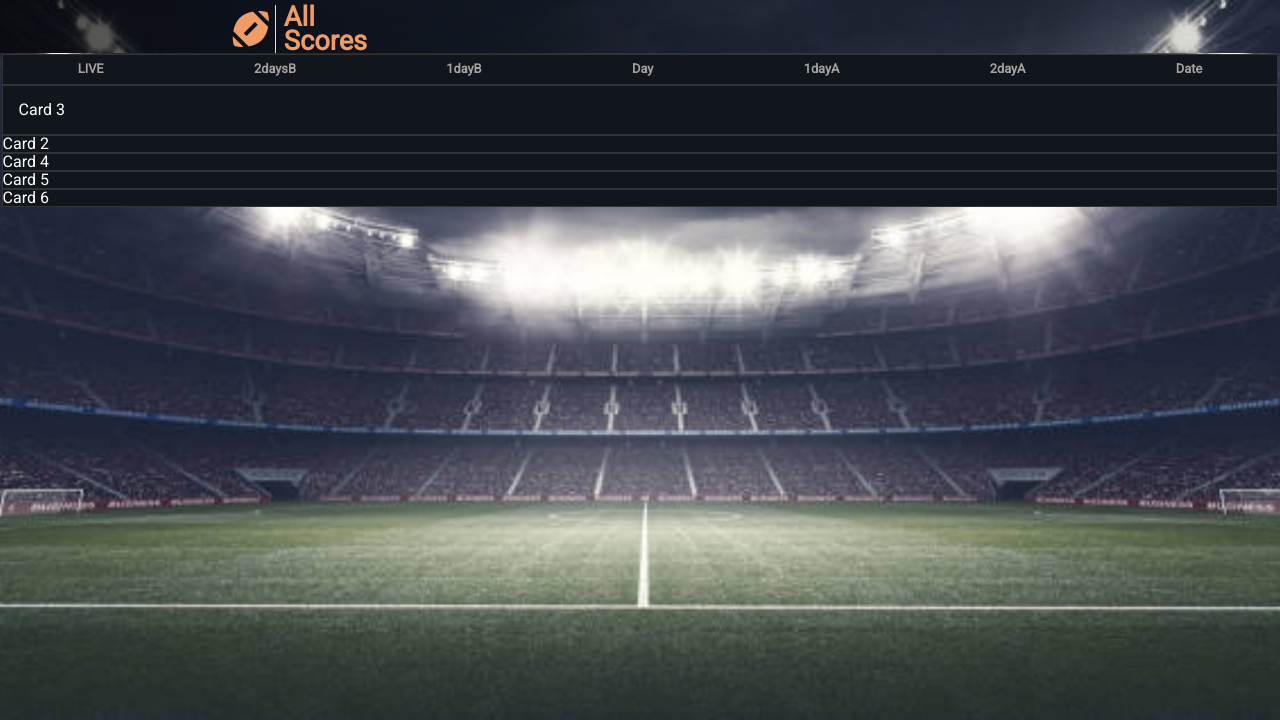
Repository: boomshakar/AllScores
Page: index.html
The author's editor kept a copy of each file at every save. The page is drawn from the files as they stood at one save, then again after the next save.
The browser window is 1280 px wide. The pictures show the whole page.
The style sheet was rebuilt from its Sass, Less or Tailwind sources for each picture, by a compiler version that may differ from the author's.

Above is the page before, as saved 2021-03-30 02:37:11.

After the next save:
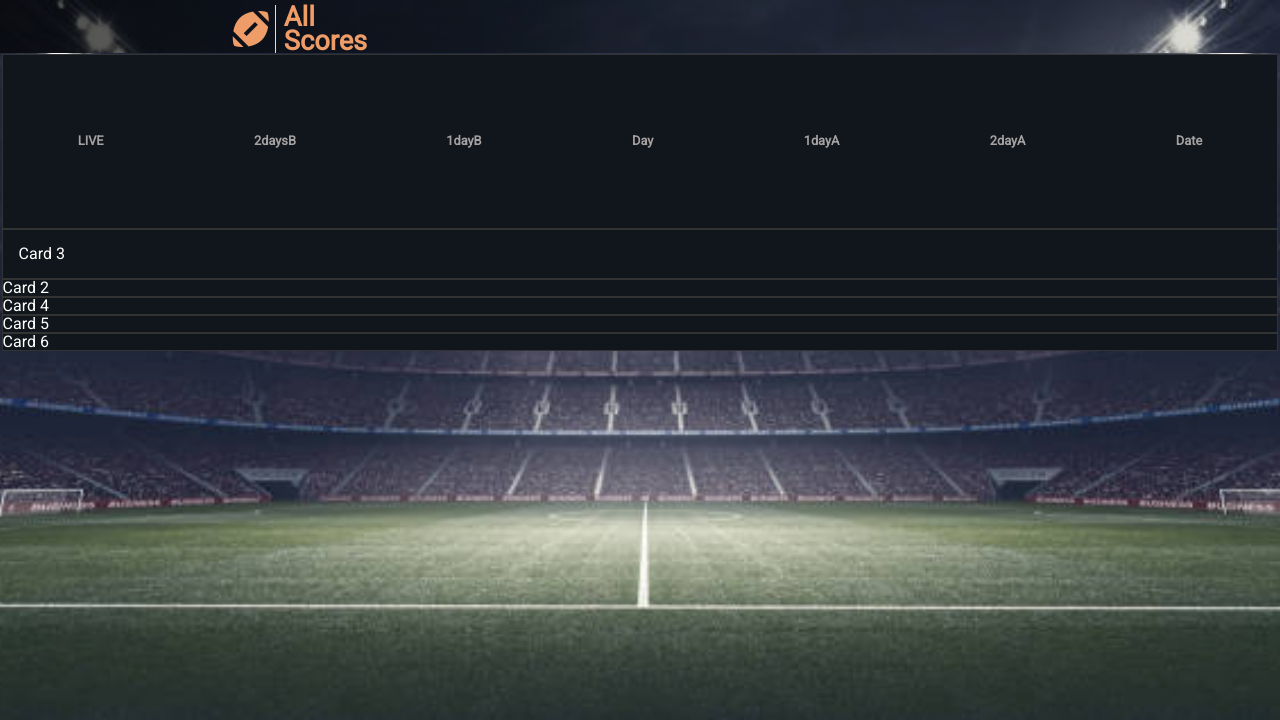
Saved 12 s later.
--- a/scss/_home.scss
+++ b/scss/_home.scss
@@ -19,7 +19,7 @@
         justify-content: space-around;
         &__link {
           color: $text-color2;
-          padding: 0.5rem 1rem;
+          padding: 5rem 1rem;
           font-size: 0.8rem;
           font-weight: 600;
         }
